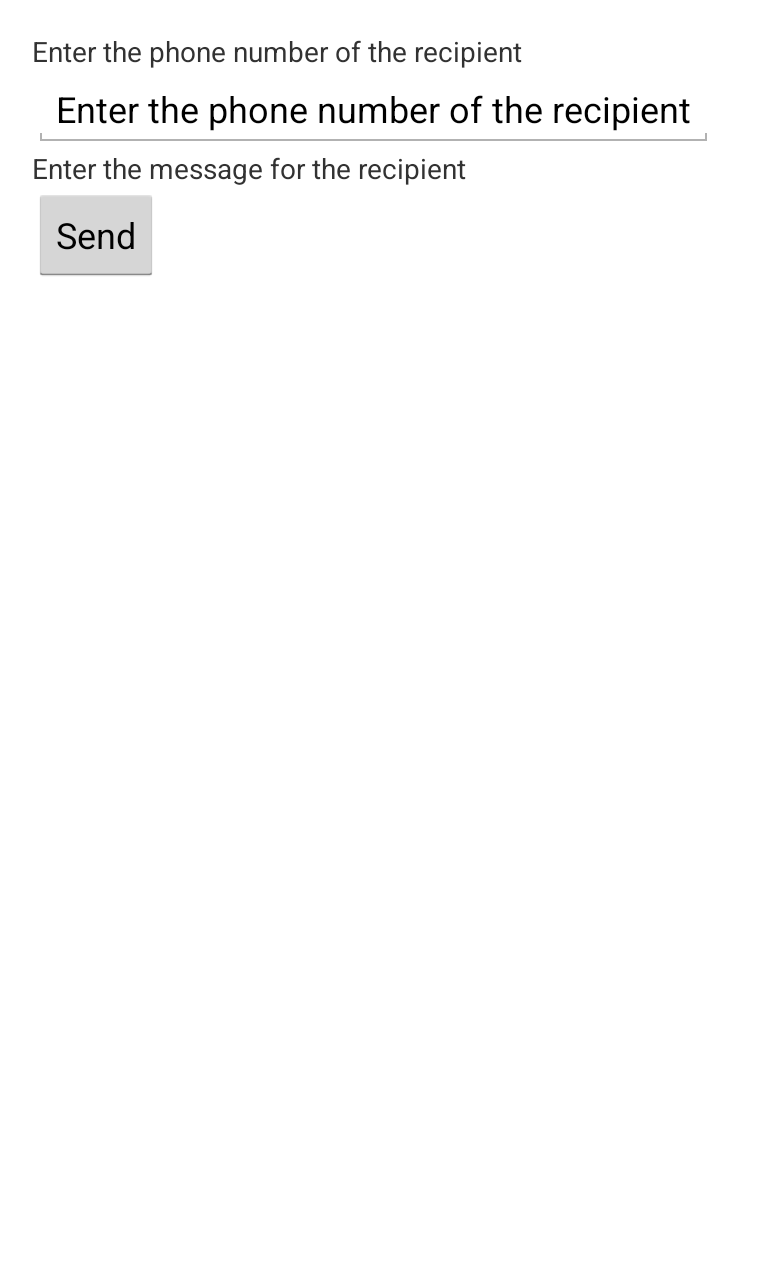
Repository: vedharish/PersonalProjects
Layout: RssToSms/res/layout/activity_send_sms.xml
An editor plug-in stored every save of this project. The layout is shown before and after the next save, followed by the edit.
It is drawn on a 768 x 1280 px phone screen (xhdpi) without system bars, with theme AppTheme; the app's code is not run.

Above is the layout before, as saved 2013-08-12 06:07:18.

### RssToSms/res/layout/activity_send_sms.xml
<LinearLayout xmlns:android="http://schemas.android.com/apk/res/android"
    xmlns:tools="http://schemas.android.com/tools"
    android:layout_width="match_parent"
    android:layout_height="match_parent"
    android:orientation="vertical"
    android:paddingBottom="@dimen/activity_vertical_margin"
    android:paddingLeft="@dimen/activity_horizontal_margin"
    android:paddingRight="@dimen/activity_horizontal_margin"
    android:paddingTop="@dimen/activity_vertical_margin"
    tools:context=".SendSMSActivity" >

    <TextView
        android:layout_width="fill_parent"
        android:layout_height="wrap_content"
        android:labelFor="@+id/txtPhoneNumber"
        android:text="@string/phone_number_label" />
    <EditText
        android:id="@+id/txtPhoneNumber"
        android:layout_width="wrap_content"
        android:layout_height="wrap_content"
        android:text="@string/phone_number_label"
        android:inputType="phone" />
    <TextView
        android:layout_width="wrap_content"
        android:layout_height="wrap_content"
        android:text="@string/message_label" />
    <Button
        android:id="@+id/sendButton"
        android:layout_width="wrap_content"
        android:layout_height="wrap_content"
        android:text="@string/button_label" />

</LinearLayout>

### RssToSms/res/values/strings.xml
<?xml version="1.0" encoding="utf-8"?>
<resources>

    <string name="app_name">RssToSms</string>
    <string name="action_settings">Settings</string>
    <string name="phone_number_label">Enter the phone number of the recipient</string>
    <string name="message_label">Enter the message for the recipient</string>
    <string name="button_label">Send</string>

</resources>

Loaded but not shown: RssToSms/res/values/styles.xml (common file); RssToSms/res/values-v11/styles.xml (common file); RssToSms/res/values-v14/styles.xml (common file); RssToSms/res/values/dimens.xml (common file)

After the next save:
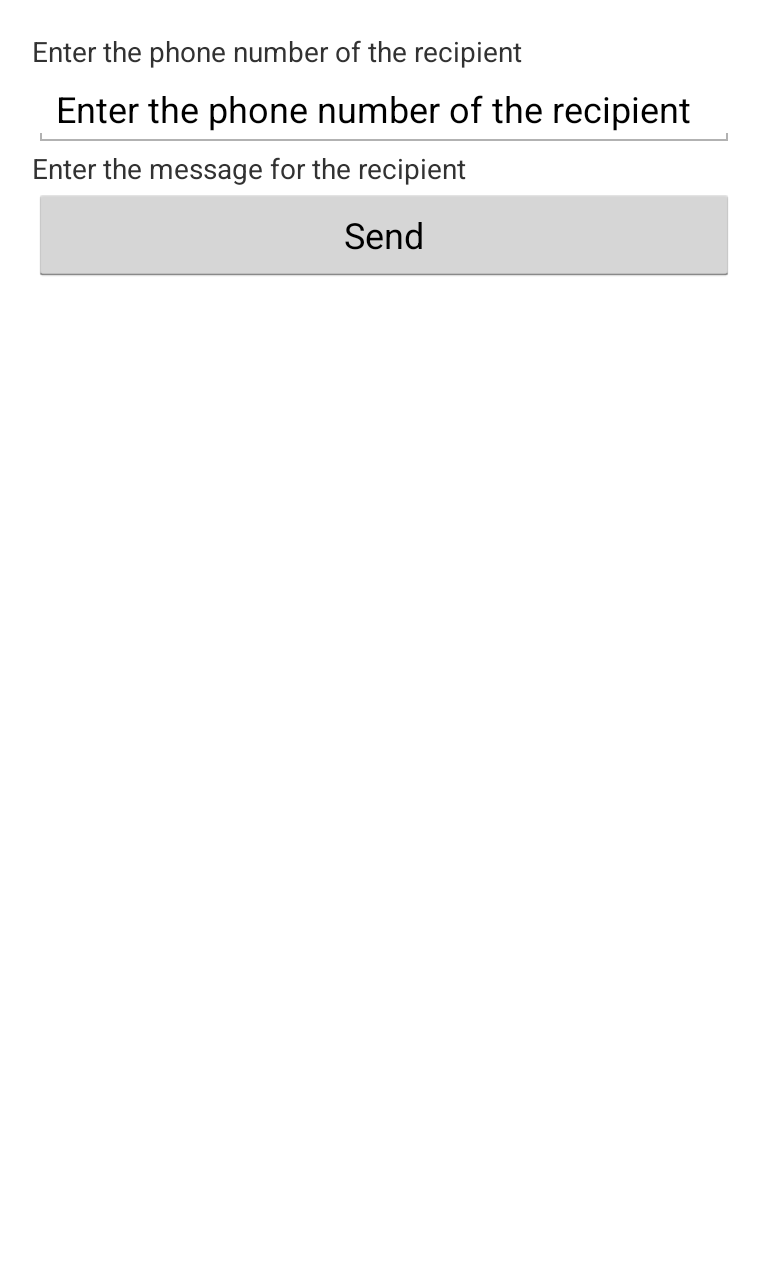
Saved 68 s later.
--- a/RssToSms/res/layout/activity_send_sms.xml
+++ b/RssToSms/res/layout/activity_send_sms.xml
@@ -16,17 +16,17 @@
         android:text="@string/phone_number_label" />
     <EditText
         android:id="@+id/txtPhoneNumber"
-        android:layout_width="wrap_content"
+        android:layout_width="fill_parent"
         android:layout_height="wrap_content"
         android:text="@string/phone_number_label"
         android:inputType="phone" />
     <TextView
-        android:layout_width="wrap_content"
+        android:layout_width="fill_parent"
         android:layout_height="wrap_content"
         android:text="@string/message_label" />
     <Button
         android:id="@+id/sendButton"
-        android:layout_width="wrap_content"
+        android:layout_width="fill_parent"
         android:layout_height="wrap_content"
         android:text="@string/button_label" />
 
